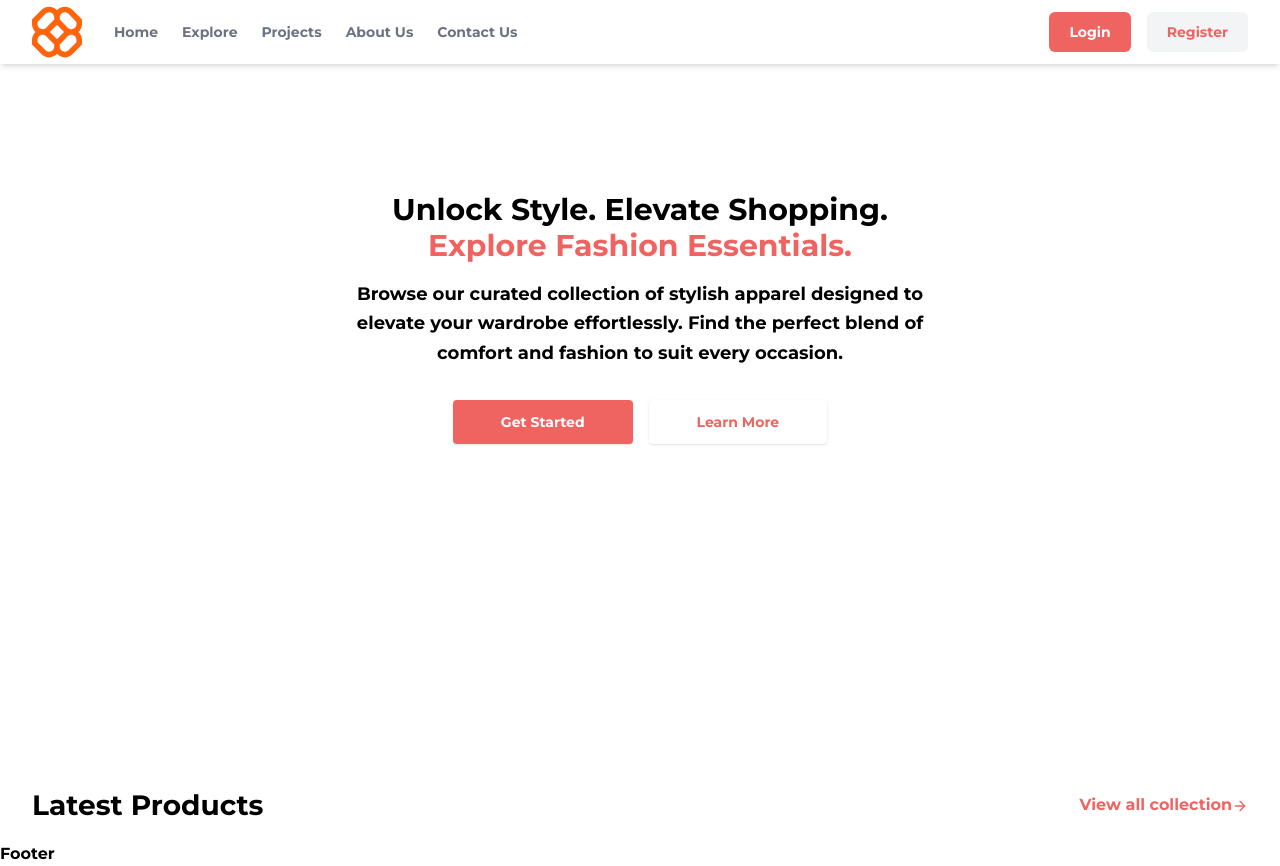
Repository: YahiaSala7/E-commerce-Project
Page: / (app in ecommerce/)
The author's editor kept a copy of each file at every save. The page is drawn from the files as they stood at one save, then again after the next save.
The browser window is 1280 px wide. The pictures show the whole page.
The page's requests for data from a server got no answer. The project was rebuilt for these pictures with package versions that can differ from the ones it lists, and the page was loaded fresh each time. The framework's server and built-in components were replaced by stand-ins that run in the browser. No one was signed in, and anything a server would have sent is missing. Also part of the build but not shown: ecommerce/next.config.mjs, ecommerce/app/_Components/ProductItem.jsx.

Above is the page before, as saved 2024-07-26 02:16:26.

After the next save:
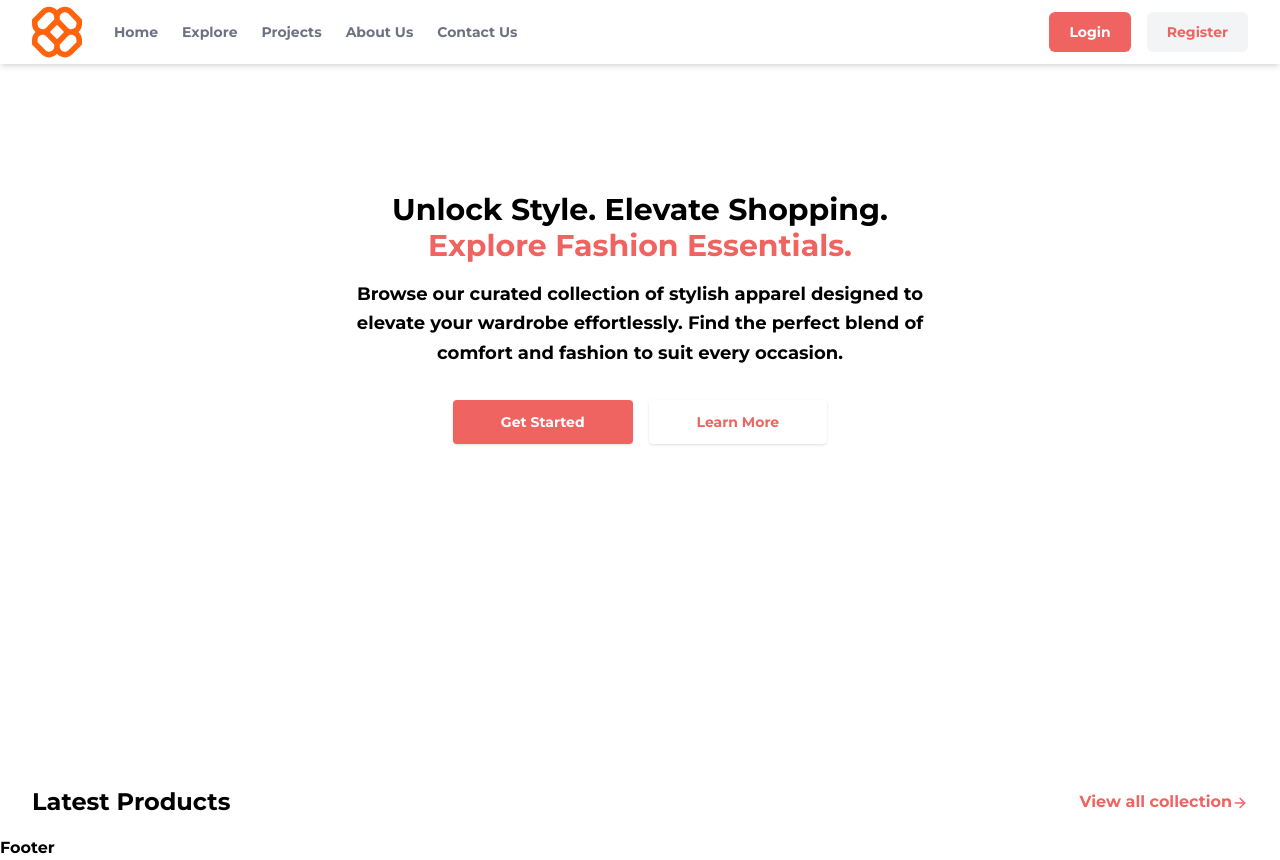
Saved 5 s later.
--- a/ecommerce/app/_Components/ProductsSection.jsx
+++ b/ecommerce/app/_Components/ProductsSection.jsx
@@ -6,7 +6,7 @@ function ProductsSection() {
   return (
     <>
       <div className="latest-products flex justify-between items-center mx-auto px-4 sm:px-6 lg:px-8 pb-4">
-        <h2 className="text-[12px] sm:text-[16px] md:text-[28px]">
+        <h2 className="text-[12px] sm:text-[16px] md:text-[24px]">
           Latest Products
         </h2>
         <h4 className="text-primary flex  items-center">
